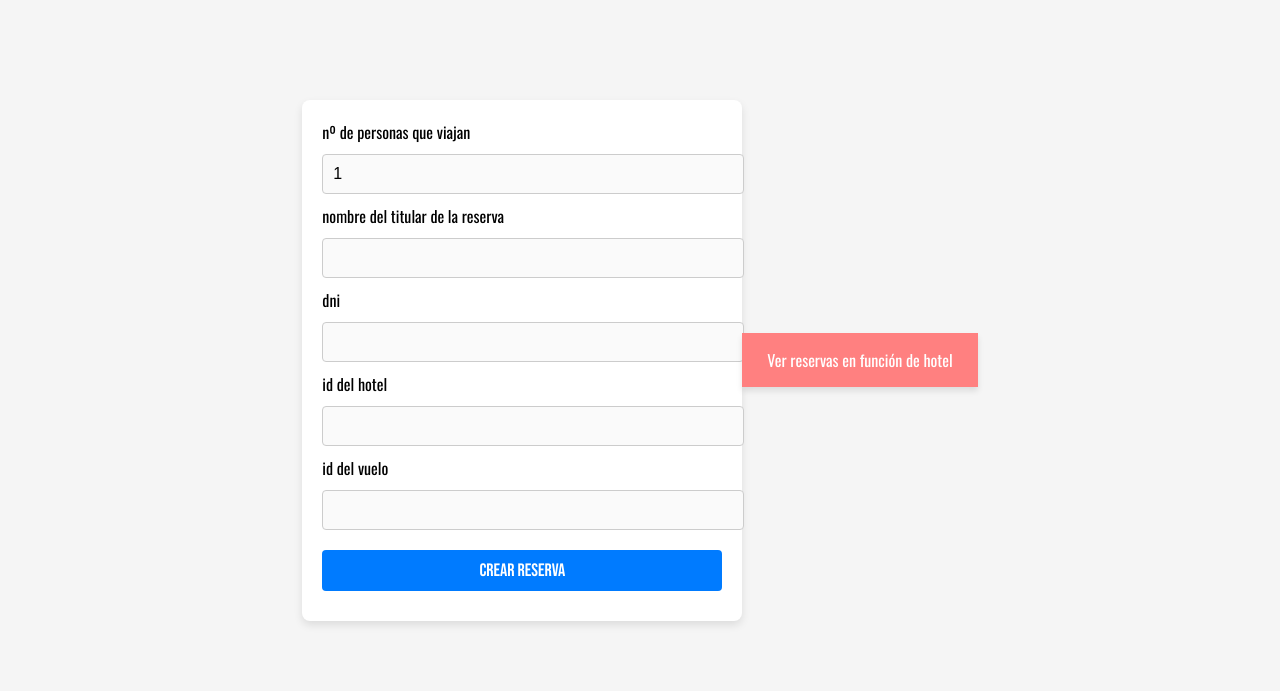
Repository: craschelf/GestionDeViajes-Microservicios
Page: http://localhost/formularioReservas
An editor plug-in stored every save of this project. The page is shown before and after the next save, followed by the edit.
The browser window is 1280 px wide. The pictures show the whole page.
The page is this project's Thymeleaf template; nobody is signed in. The template is opened directly, without the code that normally fills it, so the values that code supplies are empty.

Above is the page before, as saved 2024-06-06 15:11:12.

After the next save:
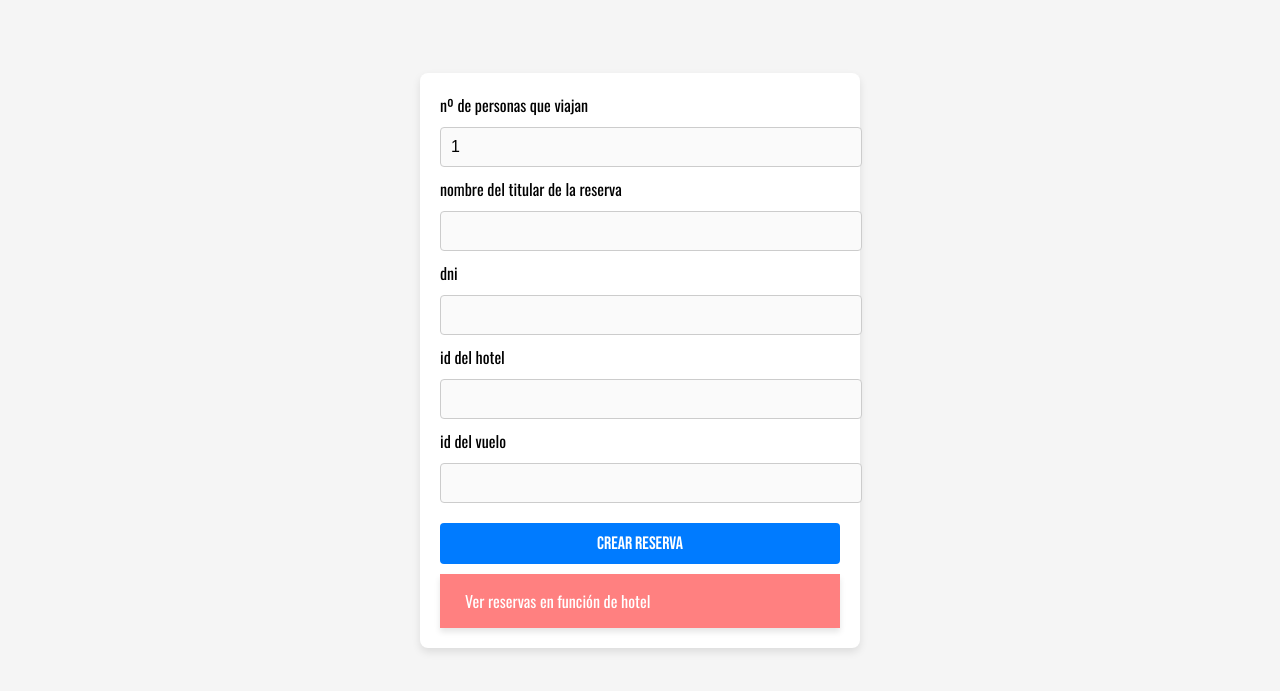
Saved 35 s later.
--- a/FrontProyectoFinal/src/main/resources/templates/formularioReservas.html
+++ b/FrontProyectoFinal/src/main/resources/templates/formularioReservas.html
@@ -21,7 +21,8 @@
 		id del hotel<input th:field="*{idHotel}" type="text" id="idHotel" name="idHotel" />
 		id del vuelo <input th:field="*{idVuelo}" type="text" id="idVuelo" name="idVuelo" />
 		<button type="submit">Crear reserva</button>
+		<a href="/reservas/lista">Ver reservas en función de hotel</a>
 	</form>
-	<a href="/reservas/lista">Ver reservas en función de hotel</a>
+
 </body>
 </html>
